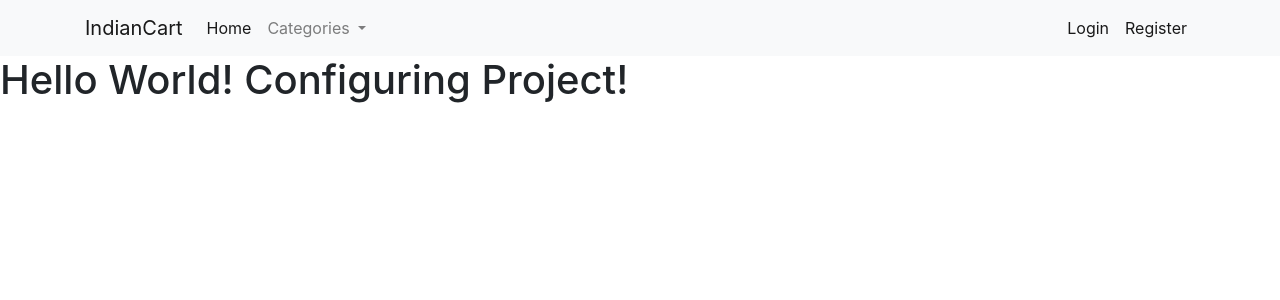
Repository: neerajchavan/E-Commerce-Project
Page: http://localhost/E-Commerce-Project/
The author's editor kept a copy of each file at every save. The page is drawn from the files as they stood at one save, then again after the next save.
The browser window is 1280 px wide. The pictures show the whole page.
Some web libraries are served in a nearby version. The page is served by Tomcat 9. Other server files are loaded and not shown.

Above is the page before, as saved 2020-10-07 15:08:22.

### E-Commerce-Project/WebContent/index.jsp
<%@ page language="java" contentType="text/html; charset=UTF-8"
    pageEncoding="UTF-8"%>
<!DOCTYPE html>
<html>

<head>
<meta charset="UTF-8">
<title>Insert title here</title>
<%@include file="Components/Common_JS_CSS.jsp" %>

</head>

<body>
	<%@include file="Components/navbar.jsp" %>
	<h1>Hello World! Configuring Project!</h1>
</body>

</html>

### E-Commerce-Project/WebContent/Components/Common_JS_CSS.jsp
<!-- CSS -->
<link rel="stylesheet" href="https://maxcdn.bootstrapcdn.com/bootstrap/4.0.0/css/bootstrap.min.css" integrity="sha384-Gn5384xqQ1aoWXA+058RXPxPg6fy4IWvTNh0E263XmFcJlSAwiGgFAW/dAiS6JXm" crossorigin="anonymous">
<link rel="stylesheet" href="CSS/Style.css">

<!-- BOOTSTRAP -->
<script src="https://code.jquery.com/jquery-3.2.1.slim.min.js" integrity="sha384-KJ3o2DKtIkvYIK3UENzmM7KCkRr/rE9/Qpg6aAZGJwFDMVNA/GpGFF93hXpG5KkN" crossorigin="anonymous"></script>
<script src="https://cdnjs.cloudflare.com/ajax/libs/popper.js/1.12.9/umd/popper.min.js" integrity="sha384-ApNbgh9B+Y1QKtv3Rn7W3mgPxhU9K/ScQsAP7hUibX39j7fakFPskvXusvfa0b4Q" crossorigin="anonymous"></script>
<script src="https://maxcdn.bootstrapcdn.com/bootstrap/4.0.0/js/bootstrap.min.js" integrity="sha384-JZR6Spejh4U02d8jOt6vLEHfe/JQGiRRSQQxSfFWpi1MquVdAyjUar5+76PVCmYl" crossorigin="anonymous"></script>

<!-- JS -->
<script src="js/script.js"></script>

### E-Commerce-Project/WebContent/Components/navbar.jsp
<nav class="navbar navbar-expand-lg navbar-light bg-light">
<div class="container">
  <a class="navbar-brand" href="#">IndianCart</a>
  <button class="navbar-toggler" type="button" data-toggle="collapse" data-target="#navbarSupportedContent" aria-controls="navbarSupportedContent" aria-expanded="false" aria-label="Toggle navigation">
    <span class="navbar-toggler-icon"></span>
  </button>

  <div class="collapse navbar-collapse" id="navbarSupportedContent">
    <ul class="navbar-nav mr-auto">
      <li class="nav-item active">
        <a class="nav-link" href="#">Home <span class="sr-only">(current)</span></a>
      </li>

      <li class="nav-item dropdown">
        <a class="nav-link dropdown-toggle" href="#" id="navbarDropdown" role="button" data-toggle="dropdown" aria-haspopup="true" aria-expanded="false">
          Categories
        </a>
        <div class="dropdown-menu" aria-labelledby="navbarDropdown">
          <a class="dropdown-item" href="#">Action</a>
          <a class="dropdown-item" href="#">Another action</a>
          <div class="dropdown-divider"></div>
          <a class="dropdown-item" href="#">Something else here</a>
        </div>
      </li>

    </ul>

	<ul class="navbar-nav ml-auto">
		<li class="nav-item active">
        	<a class="nav-link" href="Login.jsp">Login</a>
      </li>

      <li class="nav-item active">
        	<a class="nav-link" href="Register.jsp">Register</a>
      </li>

	</ul>
  </div>
</div>
</nav>

### E-Commerce-Project/WebContent/CSS/Style.css
.custom-bg{
	background:#2196f3!important;
}

body{
	baclground:yellow;
}

### E-Commerce-Project/WebContent/JS/Script.js
alert('Loading JS!')

After the next save:
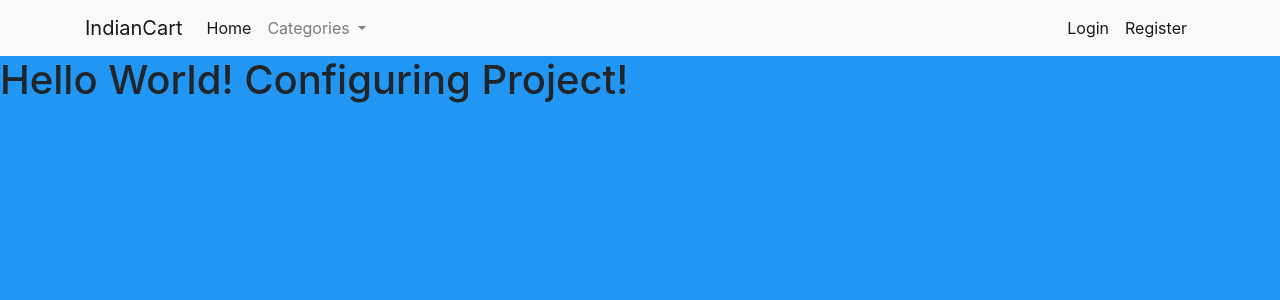
Saved 99 s later.
--- a/E-Commerce-Project/WebContent/index.jsp
+++ b/E-Commerce-Project/WebContent/index.jsp
@@ -10,7 +10,7 @@
 
 </head>
 
-<body>
+<body class="custom-bg">
 	<%@include file="Components/navbar.jsp" %>
 	<h1>Hello World! Configuring Project!</h1>
 </body>

After the save that followed:
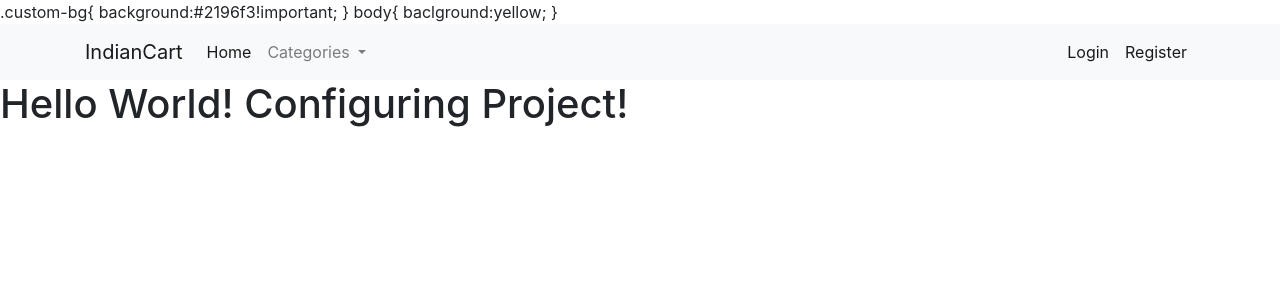
Saved 13 s later.
--- a/E-Commerce-Project/WebContent/index.jsp
+++ b/E-Commerce-Project/WebContent/index.jsp
@@ -7,10 +7,11 @@
 <meta charset="UTF-8">
 <title>Insert title here</title>
 <%@include file="Components/Common_JS_CSS.jsp" %>
+<%@include file="CSS/Style.css" %>
 
 </head>
 
-<body class="custom-bg">
+<body>
 	<%@include file="Components/navbar.jsp" %>
 	<h1>Hello World! Configuring Project!</h1>
 </body>
